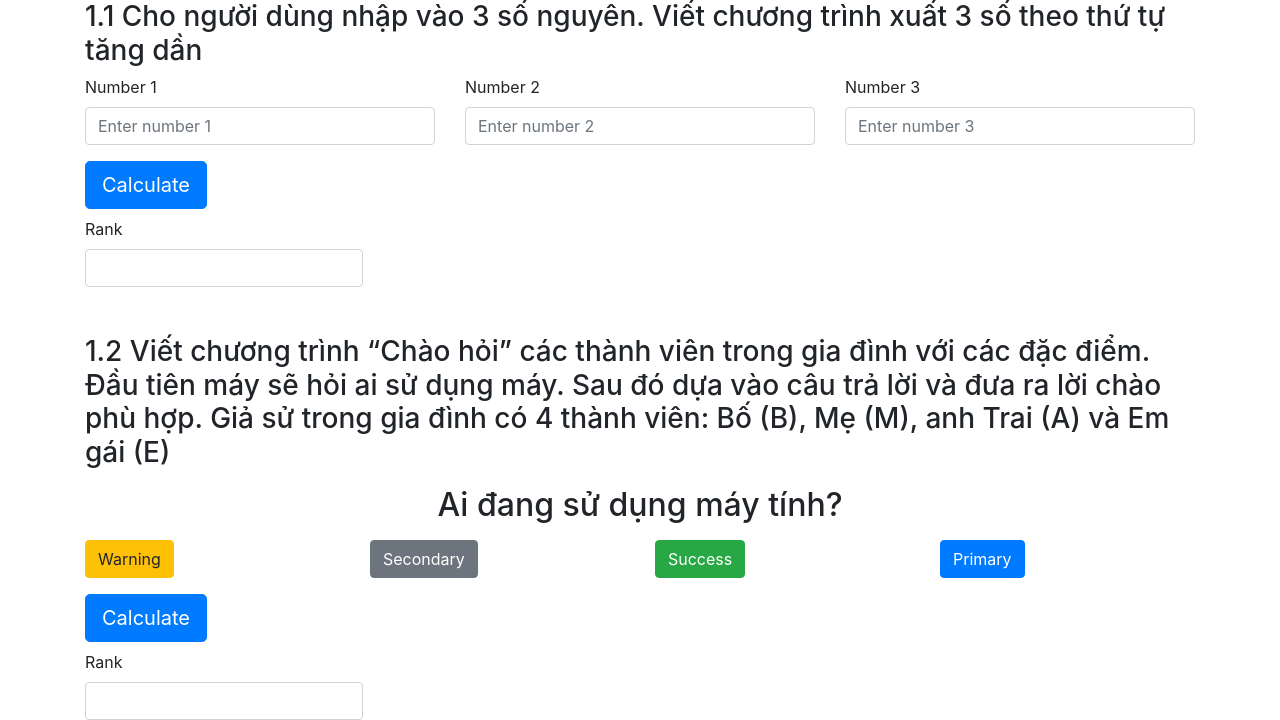
Repository: baobaodeveloper/bootscamp21__jsbasic__HuynhAnhBao
Page: index.html
The author's editor kept a copy of each file at every save. The page is drawn from the files as they stood at one save, then again after the next save.
The browser window is 1280 px wide. The pictures show the whole page.

Above is the page before, as saved 2022-03-09 23:57:33.

### index.html
<!DOCTYPE html>
<html lang="en">
  <head>
    <title>javaScript basic</title>
    <!-- Required meta tags -->
    <meta charset="utf-8" />
    <meta
      name="viewport"
      content="width=device-width, initial-scale=1, shrink-to-fit=no"
    />

    <!-- Bootstrap CSS -->
    <link
      rel="stylesheet"
      href="https://stackpath.bootstrapcdn.com/bootstrap/4.3.1/css/bootstrap.min.css"
      integrity="sha384-ggOyR0iXCbMQv3Xipma34MD+dH/1fQ784/j6cY/iJTQUOhcWr7x9JvoRxT2MZw1T"
      crossorigin="anonymous"
    />
  </head>
  <body>
    <!-- Cho người dùng nhập vào 3 số nguyên. Viết chương trình xuất 3 số theo thứ tự tăng dần -->
    <div class="container mb-xl-5">
      <h3>
        1.1 Cho người dùng nhập vào 3 số nguyên. Viết chương trình xuất 3 số
        theo thứ tự tăng dần
      </h3>

      <div class="row">
        <div class="col">
          <label class="form-label">Number 1</label>
          <input
            type="text"
            class="form-control num1"
            placeholder="Enter number 1"
          />
        </div>
        <div class="col">
          <label class="form-label">Number 2</label>
          <input
            type="number"
            class="form-control num2"
            placeholder="Enter number 2"
          />
        </div>
        <div class="col">
          <label class="form-label">Number 3</label>
          <input
            type="number"
            class="form-control num3"
            placeholder="Enter number 3"
          />
        </div>
      </div>

      <button type="button " class="btn btn-primary btn-lg mt-3 mb-2 btn-rank">
        Calculate
      </button>

      <div class="mt-3 m-auto">
        <label class="form-label">Rank</label>
        <input type="text" class="form-control w-25 result1" />
      </div>
    </div>

    <!-- Viết chương trình “Chào hỏi” các thành viên trong gia đình với các đặc điểm. Đầu tiên máy
    sẽ hỏi ai sử dụng máy. Sau đó dựa vào câu trả lời và đưa ra lời chào phù hợp. Giả sử trong
    gia đình có 4 thành viên: Bố (B), Mẹ (M), anh Trai (A) và Em gái (E) -->
    <div class="container">
      <h3 class="mb-3">
        1.2 Viết chương trình “Chào hỏi” các thành viên trong gia đình với các
        đặc điểm. Đầu tiên máy sẽ hỏi ai sử dụng máy. Sau đó dựa vào câu trả lời
        và đưa ra lời chào phù hợp. Giả sử trong gia đình có 4 thành viên: Bố
        (B), Mẹ (M), anh Trai (A) và Em gái (E)
      </h3>

      <h2 class="mb-3 text-center">Ai đang sử dụng máy tính?</h2>
      <div class="row">
        <div class="col">
          <button type="button" class="btn btn-warning">Warning</button>
        </div>
        <div class="col">
          <button type="button" class="btn btn-secondary">Secondary</button>
        </div>
        <div class="col">
          <button type="button" class="btn btn-success">Success</button>
        </div>
        <div class="col">
          <button type="button" class="btn btn-primary">Primary</button>
        </div>
      </div>

      <button type="button " class="btn btn-primary btn-lg mt-3 mb-2 btn-rank">
        Calculate
      </button>

      <div class="mt-3 m-auto">
        <label class="form-label">Rank</label>
        <input type="text" class="form-control w-25 result1" />
      </div>
    </div>
    <!-- Optional JavaScript -->
    <!-- jQuery first, then Popper.js, then Bootstrap JS -->
    <script
      src="https://code.jquery.com/jquery-3.3.1.slim.min.js"
      integrity="sha384-q8i/X+965DzO0rT7abK41JStQIAqVgRVzpbzo5smXKp4YfRvH+8abtTE1Pi6jizo"
      crossorigin="anonymous"
    ></script>
    <script
      src="https://cdnjs.cloudflare.com/ajax/libs/popper.js/1.14.7/umd/popper.min.js"
      integrity="sha384-UO2eT0CpHqdSJQ6hJty5KVphtPhzWj9WO1clHTMGa3JDZwrnQq4sF86dIHNDz0W1"
      crossorigin="anonymous"
    ></script>
    <script
      src="https://stackpath.bootstrapcdn.com/bootstrap/4.3.1/js/bootstrap.min.js"
      integrity="sha384-JjSmVgyd0p3pXB1rRibZUAYoIIy6OrQ6VrjIEaFf/nJGzIxFDsf4x0xIM+B07jRM"
      crossorigin="anonymous"
    ></script>

    <script src="exercise1.js"></script>
  </body>
</html>

### exercise1.js
const numValue1 = document.querySelector(".num1");
const numValue2 = document.querySelector(".num2");
const numValue3 = document.querySelector(".num3");
const btnRank = document.querySelector(".btn-rank");
const result1 = document.querySelector(".result1");
btnRank.addEventListener("click", () => {
  const num1 = +numValue1.value;
  const num2 = +numValue2.value;
  const num3 = +numValue3.value;
  let rank = "";
  if (num1 < num2 && num2 < num3) {
    rank = `${num1}  ${num2}  ${num3}`;
  } else if (num1 < num3 && num3 < num2) {
    rank = `${num1}  ${num3}  ${num2}`;
  } else if (num2 < num1 && num1 < num3) {
    rank = `${num2}  ${num1}  ${num3}`;
  } else if (num2 < num3 && num3 < num1) {
    rank = `${num2}  ${num1}  ${num3}`;
  } else if (num3 < num1 && num1 < num2) {
    rank = `${num3}  ${num1}  ${num2}`;
  } else if (num3 < num2 && num2 < num1) {
    rank = `${num3}  ${num2}  ${num1}`;
  } else if (num1 === num2 && num1 < num3) {
    rank = `${num1}  ${num1}  ${num3}`;
  } else if (num1 === num3 && num1 < num2) {
    rank = `${num1}  ${num1}  ${num3}`;
  } else if (num2 === num3 && num3 < num1) {
    rank = `${num2}  ${num2}  ${num3}`;
  }
  result1.value = rank;
});

After the next save:
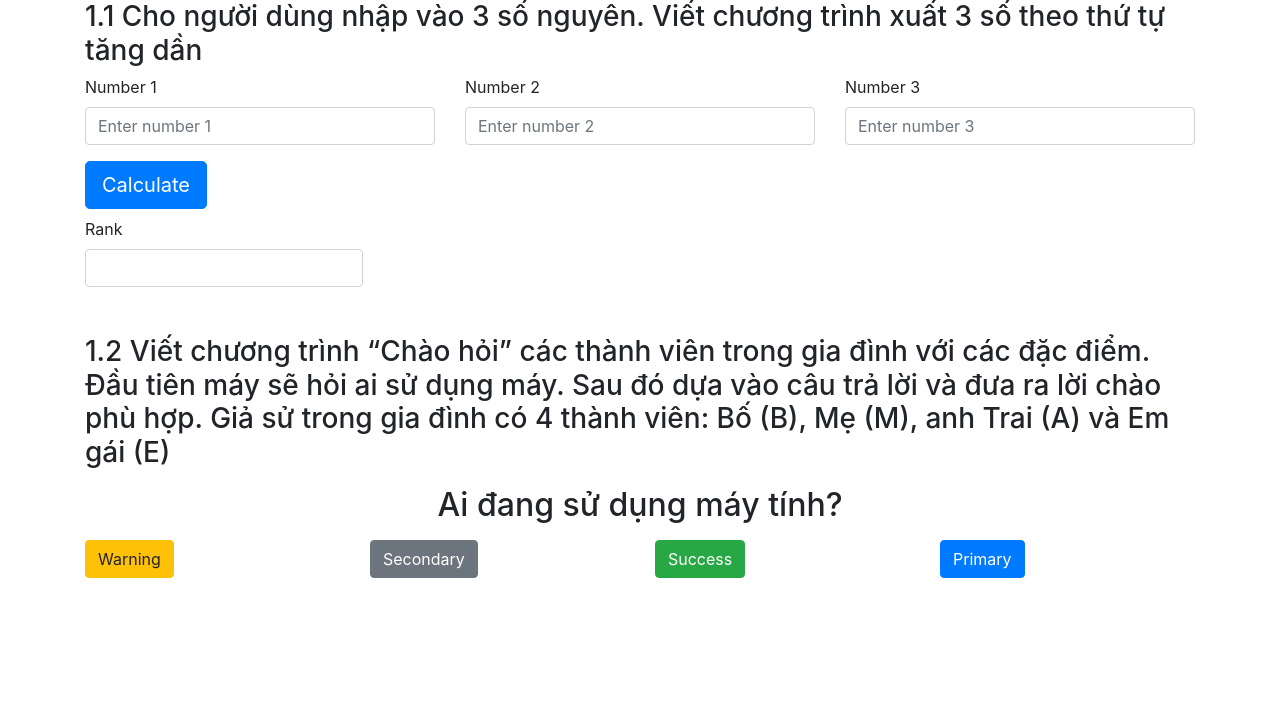
Saved 22 s later.
--- a/index.html
+++ b/index.html
@@ -88,15 +88,6 @@
           <button type="button" class="btn btn-primary">Primary</button>
         </div>
       </div>
-
-      <button type="button " class="btn btn-primary btn-lg mt-3 mb-2 btn-rank">
-        Calculate
-      </button>
-
-      <div class="mt-3 m-auto">
-        <label class="form-label">Rank</label>
-        <input type="text" class="form-control w-25 result1" />
-      </div>
     </div>
     <!-- Optional JavaScript -->
     <!-- jQuery first, then Popper.js, then Bootstrap JS -->
